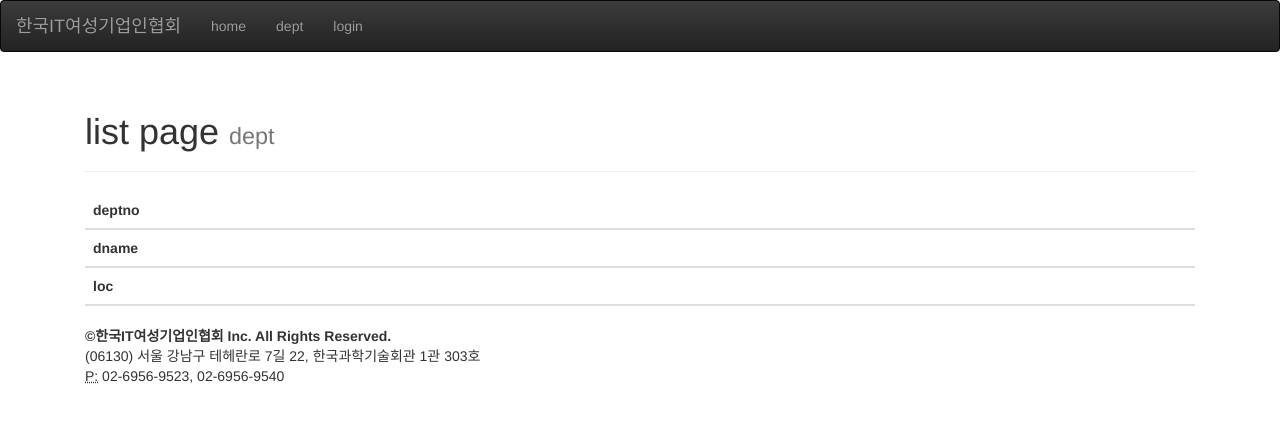
Repository: minho00123/sw-professional-training
Page: http://localhost/sts06/WEB-INF/views/dept/list.jsp
An editor plug-in stored every save of this project. The page is shown before and after the next save, followed by the edit.
The browser window is 1280 px wide. The pictures show the whole page.
The page is served by Tomcat 9. Nobody is signed in. Other server files are loaded and not shown. The template is opened directly, without the code that normally fills it, so the values that code supplies are empty.

Above is the page before, as saved 2025-05-20 07:03:25.
Console error (its wording comes from the project's code and is left out).

### stsWorkspace/sts06/src/main/webapp/WEB-INF/views/dept/list.jsp
<%@ page language="java" contentType="text/html; charset=UTF-8"
	pageEncoding="UTF-8"%>
<!DOCTYPE html>
<html>
<head>
<meta charset="UTF-8">
<title>Insert title here</title>
<%@ include file="../layout/header.jspf"%>
</head>
<body>
	<%@ include file="../layout/menu.jspf"%>
	<div class="page-header">
		<h1>
			list page <small>dept</small>
		</h1>
	</div>
	<table class="table">
		<thead>
			<tr>
				<th>deptno</th>
			</tr>
			<tr>
				<th>dname</th>
			</tr>
			<tr>
				<th>loc</th>
			</tr>
		</thead>
		<tbody>
			<c:forEach items="${list }" var="bean">
				<tr>
					<td><a href="${bean.deptno }">${bean.deptno }</a></td>
					<td><a href="${bean.deptno }">${bean.dname }</a></td>
					<td><a href="${bean.deptno }">${bean.loc }</a></td>
				</tr>
			</c:forEach>
		</tbody>
	</table>
	<%@ include file="../layout/footer.jspf"%>
</body>
</html>

### stsWorkspace/sts06/src/main/webapp/WEB-INF/views/layout/header.jspf
<%@ page language="java" contentType="text/html; charset=UTF-8"
    pageEncoding="UTF-8"%>
<%@ taglib prefix="c" uri="http://java.sun.com/jsp/jstl/core"%>
<!-- Latest compiled and minified CSS -->
<link rel="stylesheet"
	href="https://cdn.jsdelivr.net/npm/bootstrap@3.4.1/dist/css/bootstrap.min.css"
	integrity="sha384-HSMxcRTRxnN+Bdg0JdbxYKrThecOKuH5zCYotlSAcp1+c8xmyTe9GYg1l9a69psu"
	crossorigin="anonymous">

<!-- Optional theme -->
<link rel="stylesheet"
	href="https://cdn.jsdelivr.net/npm/bootstrap@3.4.1/dist/css/bootstrap-theme.min.css"
	integrity="sha384-6pzBo3FDv/PJ8r2KRkGHifhEocL+1X2rVCTTkUfGk7/0pbek5mMa1upzvWbrUbOZ"
	crossorigin="anonymous">

<!-- Latest compiled and minified JavaScript -->
<script
	src="https://cdn.jsdelivr.net/npm/bootstrap@3.4.1/dist/js/bootstrap.min.js"
	integrity="sha384-aJ21OjlMXNL5UyIl/XNwTMqvzeRMZH2w8c5cRVpzpU8Y5bApTppSuUkhZXN0VxHd"
	crossorigin="anonymous"></script>

<!-- jQuery (necessary for Bootstrap's JavaScript plugins) -->
<script src="https://code.jquery.com/jquery-1.12.4.min.js"
	integrity="sha384-nvAa0+6Qg9clwYCGGPpDQLVpLNn0fRaROjHqs13t4Ggj3Ez50XnGQqc/r8MhnRDZ"
	crossorigin="anonymous"></script>

### stsWorkspace/sts06/src/main/webapp/WEB-INF/views/layout/menu.jspf
<%@ page language="java" contentType="text/html; charset=UTF-8"
    pageEncoding="UTF-8"%>
<nav class="navbar navbar-inverse">
		<div class="container-fluid">
			<div class="navbar-header">
				<a class="navbar-brand" href="${pageContext.request.contextPath }/">
					한국IT여성기업인협회 </a>
			</div>
			<div class="collapse navbar-collapse"
				id="bs-example-navbar-collapse-1">
				<ul class="nav navbar-nav">
					<li><a href="${pageContext.request.contextPath }/">home</a></li>
					<li><a href="${pageContext.request.contextPath }/dept/">dept</a></li>
					<li><a href="${pageContext.request.contextPath }/login/">login</a></li>
				</ul>
			</div>
		</div>
	</nav>
	<div class="container">
		<div class="col-md-12">
			<!-- begin -->

### stsWorkspace/sts06/src/main/webapp/WEB-INF/views/layout/footer.jspf
<%@ page language="java" contentType="text/html; charset=UTF-8"
    pageEncoding="UTF-8"%>
			<!-- end -->
		</div>
		<div class="col-md-12">
			<address>
				<strong>©한국IT여성기업인협회 Inc. All Rights Reserved.</strong><br>
				(06130) 서울 강남구 테헤란로 7길 22, 한국과학기술회관 1관 303호 <br> <abbr
					title="Phone">P:</abbr> 02-6956-9523, 02-6956-9540
			</address>
		</div>
	</div>

After the next save:
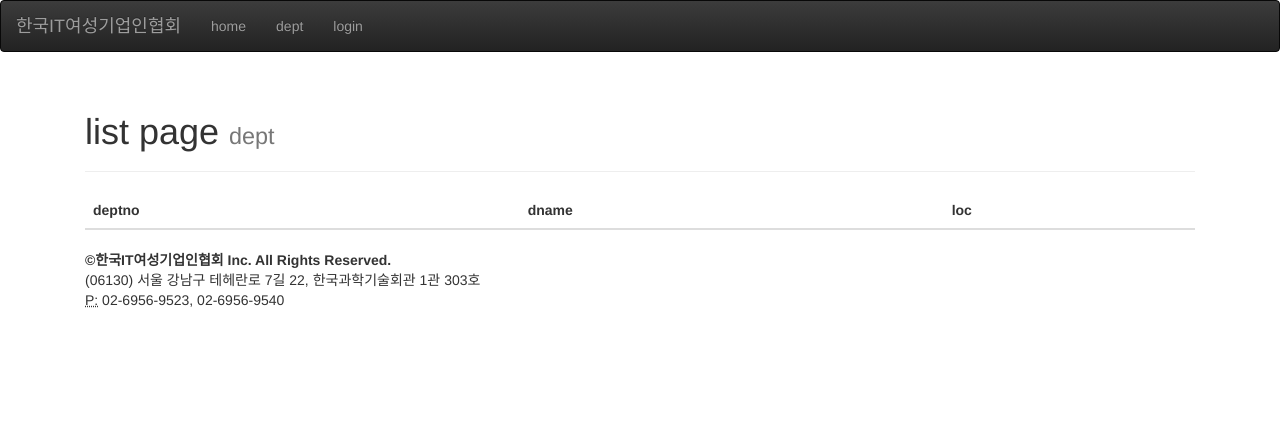
Saved 23 s later.
--- a/stsWorkspace/sts06/src/main/webapp/WEB-INF/views/dept/list.jsp
+++ b/stsWorkspace/sts06/src/main/webapp/WEB-INF/views/dept/list.jsp
@@ -18,11 +18,7 @@
 		<thead>
 			<tr>
 				<th>deptno</th>
-			</tr>
-			<tr>
 				<th>dname</th>
-			</tr>
-			<tr>
 				<th>loc</th>
 			</tr>
 		</thead>
